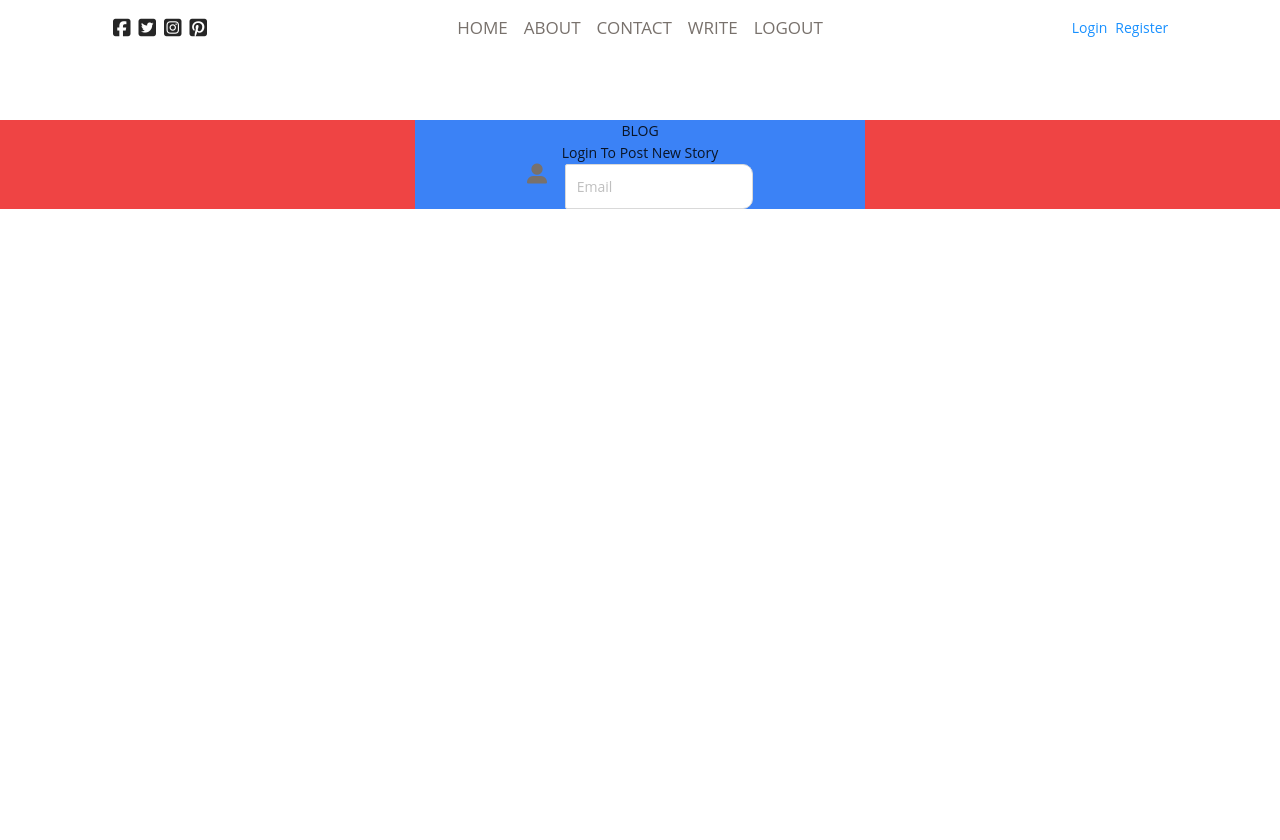
Repository: truongnguyenuit/Blog_App_ver2
Page: /login (app in client/)
An editor plug-in stored every save of this project. The page is shown before and after the next save, followed by the edit.
The browser window is 1280 px wide. The pictures show the whole page.
Some web libraries are served in a nearby version. The project was rebuilt for these pictures with package versions that can differ from the ones it lists, and the page was loaded fresh each time. Also part of the build but not shown: client/src/components/AboutComponent.js, client/src/pages/HomePage.js, client/src/pages/RegisterPage.js.

Above is the page before, as saved 2022-07-18 11:29:53.

### client/public/index.html
<!DOCTYPE html>
<html lang="en">
  <head>

    <meta charset="utf-8" />
    <meta name="viewport" content="width=device-width, initial-scale=1" />
    <meta
      name="description"
      content="Web site created using create-react-app"
    />
    <style>
      *{
        font-family: 'Open Sans', sans-serif;
        margin: 0;
      }
    </style>
    <script src="https://kit.fontawesome.com/cd2089affa.js" crossorigin="anonymous"></script>
    <title>Blog App</title>

  </head>
  <body>

    <noscript>You need to enable JavaScript to run this app.</noscript>
    <div id="root"></div>

  </body>
</html>

### client/src/index.js
import React from 'react';
import ReactDOM from 'react-dom/client';
import './index.css';
import App from './App';
import 'antd/dist/antd.min.css'


const root = ReactDOM.createRoot(document.getElementById('root'));
root.render(
  <React.StrictMode>
    <App />
  </React.StrictMode>
);

### client/src/App.js
import { BrowserRouter, Route, Routes } from "react-router-dom";
import { configRouter } from './router/configRouter';
import NavbarComponent from './components/NavbarComponent';
function App() {
  return (
    <div>
      <BrowserRouter>
        <div className="fixed top-0 left-0 right-0 z-10">
          <NavbarComponent />
        </div>
        <div className="mt-[50px]"></div>
        <Routes>
          {configRouter.map((item, index) => {
            return (
              <Route
                key={index}
                path={item.path}
                element={item.page}
              />
            );
          })}

        </Routes>

      </BrowserRouter>
    </div>
  );
}

export default App;

### client/src/router/configRouter.js
import HomePage from "../pages/HomePage";
import LoginPage from "../pages/LoginPage";
import RegisterPage from "../pages/RegisterPage";
import { pathName } from "./pathName";

export const configRouter=[
  {
    path: pathName.home,
    page: <HomePage/>,
  },
  {
    path: pathName.login,
    page: <LoginPage/>,
  },
  {
    path: pathName.register,
    page: <RegisterPage/>
  }
]

### client/src/components/NavbarComponent.js
import React from 'react'
import { Link } from "react-router-dom";
import { Row, Col } from "antd"
import { pathName } from '../router/pathName';

const NavigateRouter = [
  {
    path: "",
    name: "HOME",
  },
  {
    path: "",
    name: "ABOUT",
  },
  {
    path: "",
    name: "CONTACT",
  },
  {
    path: "",
    name: "WRITE",
  },
  {
    path: "",
    name: "LOGOUT",
  },
];

const NavbarComponent = () => {
  return (
    <div className="bg-white">
      <Row >

        <Col span={6} className="h-14">
          <div className="flex justify-center items-center text-[20px] gap-2 h-14">
            <i className="fa-brands fa-facebook-square cursor-pointer"></i>
            <i className="fa-brands fa-twitter-square cursor-pointer"></i>
            <i className="fa-brands fa-instagram-square cursor-pointer"></i>
            <i className="fa-brands fa-pinterest-square cursor-pointer"></i>
          </div>
        </Col>

        <Col span={12} className="h-14">
          <nav>
            <ul className="flex justify-center items-center text-[17px] gap-4 h-14">
              {NavigateRouter.map((item, index) => {
                return (
                  <li key={index}>
                    <Link to={item.path} className="text-stone-500 hover:text-stone-400">
                      {item.name}
                    </Link>
                  </li>
                );

              })}
            </ul>
          </nav>
        </Col>

        <Col span={6} className="h-14">
          <div className="flex justify-center items-center gap-2 h-14">
            <Link to={pathName.login}>
              Login
            </Link>
            <Link to={pathName.register}>
              Register
            </Link>
          </div>
        </Col>

      </Row>
    </div>
  )
}

export default NavbarComponent

### client/src/pages/LoginPage.js
import React from 'react'
import { Button, Input, Row, Col } from "antd";
import { pathName } from "../router/pathName";
import { Link, useNavigate } from "react-router-dom";
const LoginPage = () => {
  return (
    <div className='bg-red-500  mt-[120px] flex justify-center'>
      <div className="bg-blue-500 w-[450px] flex flex-col items-center">
        <span>
          BLOG
        </span>
        <span className="s">
          Login To Post New Story
        </span>
        <form onSubmit={''}>
          <Row>
            <Col span={4}>
              <i className="fa-solid fa-user-large text-[20px] text-stone-500"></i>

            </Col>
            <Col span={20}>
              <Input
                placeholder="Email"
                style={{
                  height: 45,
                  borderTopRightRadius: 10,
                  borderBottomRightRadius: 10,
                }}

              />
            </Col>
          </Row>
        </form>
      </div>

    </div>
  )
}

export default LoginPage

### client/src/router/pathName.js
export const pathName = {
  home: "/",

  login: "/login",
  register: "/register",

}

### client/tailwind.config.js
/** @type {import('tailwindcss').Config} */
module.exports = {
  content: ["./src/**/*.{html,js,jsx,ts}"],
  theme: {
    extend: {},
  },
  plugins: [],
}

Loaded but not shown: client/src/index.css (common file)

After the next save:
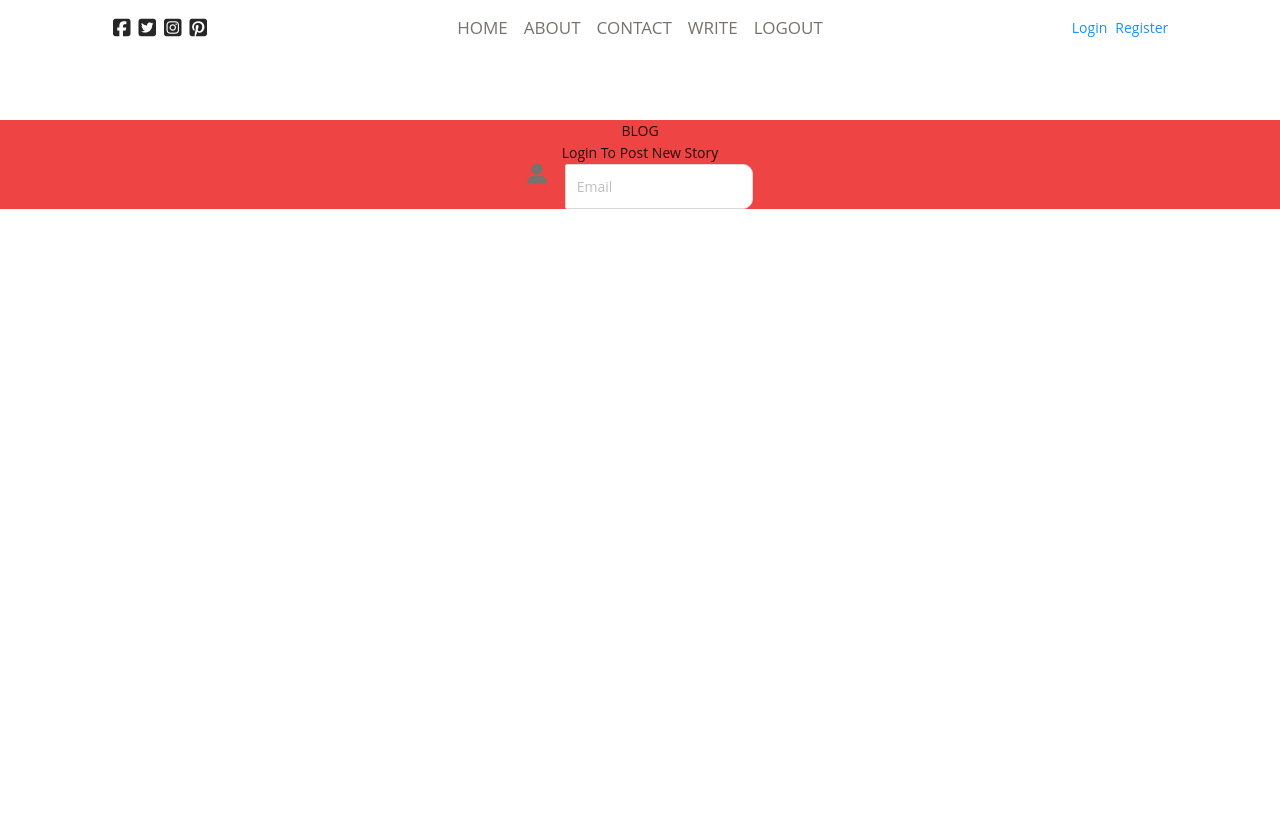
Saved 24 s later.
--- a/client/src/pages/LoginPage.js
+++ b/client/src/pages/LoginPage.js
@@ -5,7 +5,7 @@
 const LoginPage = () => {
   return (
     <div className='bg-red-500  mt-[120px] flex justify-center'>
-      <div className="bg-blue-500 w-[450px] flex flex-col items-center">
+      <div className=" w-[450px] flex flex-col items-center">
         <span>
           BLOG
         </span>

After the save that followed:
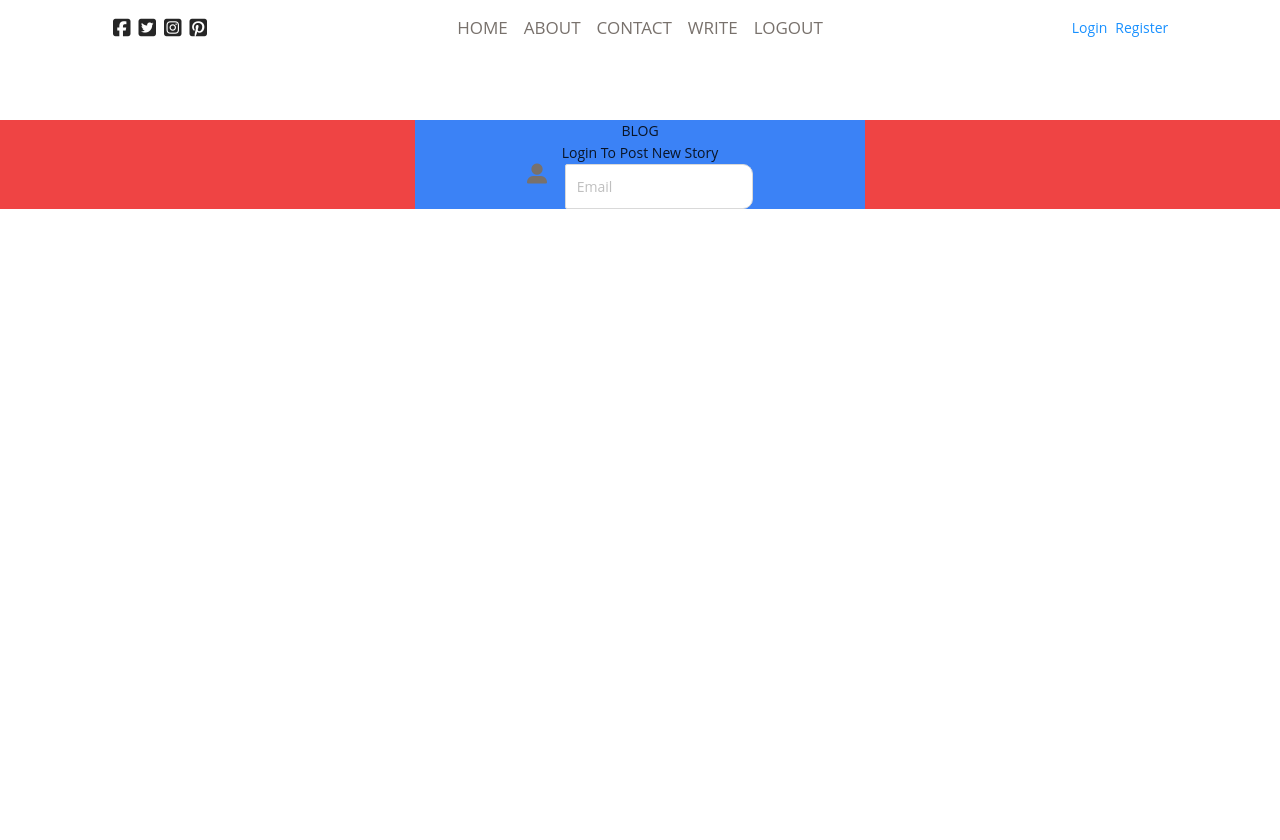
Saved 4 s later.
--- a/client/src/pages/LoginPage.js
+++ b/client/src/pages/LoginPage.js
@@ -5,7 +5,7 @@
 const LoginPage = () => {
   return (
     <div className='bg-red-500  mt-[120px] flex justify-center'>
-      <div className=" w-[450px] flex flex-col items-center">
+      <div className="bg-blue-500 w-[450px] flex flex-col items-center">
         <span>
           BLOG
         </span>
